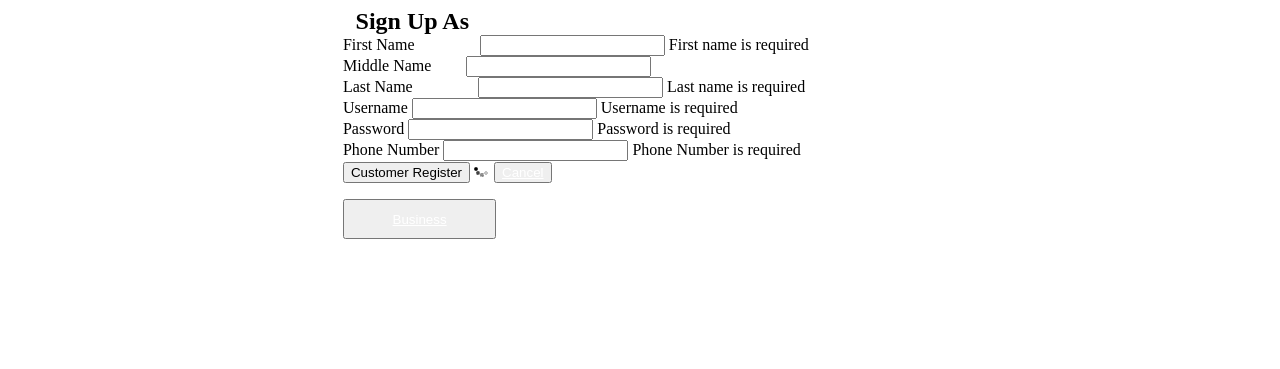
Repository: jsah9105/goandbook
Page: http://localhost/letgetbook/view/signupPage.jsp
These files come from the project's save history. The page is drawn as it stood at one moment and after the next save; the edit follows.
The browser window is 1280 px wide. The pictures show the whole page.
The page is served by Tomcat 9. Other server files are loaded and not shown.

Above is the page before, as saved 2017-01-08 03:48:55.

### letgetbook/src/main/webapp/view/signupPage.jsp
<section id="section1">

	<div class="container">
		<div style="width: 50%; margin: auto;">
			<h2 style="color: black; margin: auto; margin-left: 5%;">Sign Up As</h2>

			<div class="form-actions" style="margin: auto; margin-left: 3%">
			<form name="form" ng-submit="vm.register()" role="form">

        <div class="form-group" ng-class="{ 'has-error': form.custFirstName.$dirty && form.custFirstName.$error.required }">
            <label for="custFirstName"> First Name</label>
            <input type="text" style="margin-left: 10%;" name="custFirstName" id="custFirstName" class="form-control" ng-model="vm.user.custFirstName" required />
            <span ng-show="form.custFirstName.$dirty && form.custFirstName.$error.required" class="help-block">First name is required</span>
        </div>
        <div class="form-group" >
            <label for="custMiddleName">Middle Name</label>
            <input type="text" style="margin-left: 5%;" name="custMiddleName" id="custMiddleName" class="form-control" ng-model="vm.user.custMiddleName"  />
        </div>
        <div class="form-group" ng-class="{ 'has-error': form.custLastName.$dirty && form.custLastName.$error.required }">
            <label for="custLastName"> Last Name</label>
            <input type="text"  style="margin-left: 10%;" name="custFirstName" id="custLastName" class="form-control" ng-model="vm.user.custLastName" required />
            <span ng-show="form.custLastName.$dirty && form.custLastName.$error.required" class="help-block">Last name is required</span>
        </div>
        <div class="form-group" ng-class="{ 'has-error': form.username.$dirty && form.userName.$error.required }">
            <label for="userName">Username</label>
            <input type="text" name="username" id="userName" class="form-control" ng-model="vm.user.userName" required />
            <span ng-show="form.username.$dirty && form.userName.$error.required" class="help-block">Username is required</span>
        </div>
        <div class="form-group" ng-class="{ 'has-error': form.password.$dirty && form.password.$error.required }">
            <label for="password">Password</label>
            <input type="password" name="password" id="password" class="form-control" ng-model="vm.user.password" required />
            <span ng-show="form.password.$dirty && form.password.$error.required" class="help-block">Password is required</span>
        </div>
        <div class="form-group" ng-class="{ 'has-error': form.password.$dirty && form.password.$error.required }">
            <label for="phone">Phone Number</label>
            <input type="text" name="phone1" id="phone1" class="form-control" ng-model="vm.user.phone1" required />
            <span ng-show="form.phone1.$dirty && form.phone1.$error.required" class="help-block">Phone Number is required</span>
        </div>

        <div class="form-actions">
            <button type="submit" ng-disabled="form.$invalid || vm.dataLoading" class="btn btn-primary">Customer Register</button>
            <img ng-if="vm.dataLoading" src="data:[embedded picture, 922 characters]" />
            <button class="btn btn-primary"><a href="#/" class="btn btn-link" style="color: white;">Cancel</a></button>

        </div>
        </table>
    </form>


			</div>
			<div class="form-actions" style="margin: auto; margin-left: 3%">
				<button class="btn btn-primary" style="width: 25%; height: 40px;">
					<a href="#sellerpersonalInfo" style="color: white;">Business</a>
				</button>
			</div>



		</div>
	</div>
</section>

After the next save:
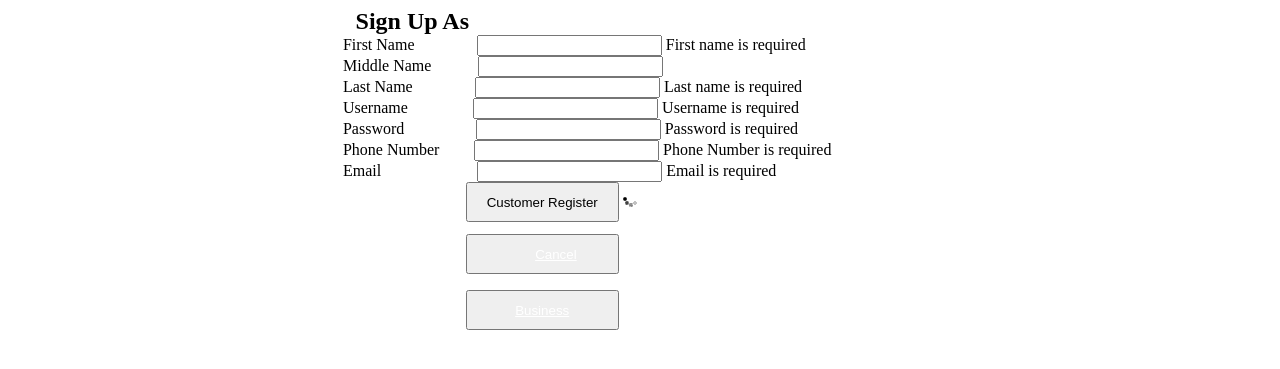
Saved 24 min 57 s later.
--- a/letgetbook/src/main/webapp/view/signupPage.jsp
+++ b/letgetbook/src/main/webapp/view/signupPage.jsp
@@ -1,4 +1,4 @@
-<section id="section1">
+<section id="section">
 
 	<div class="container">
 		<div style="width: 50%; margin: auto;">
@@ -9,52 +9,61 @@
 
         <div class="form-group" ng-class="{ 'has-error': form.custFirstName.$dirty && form.custFirstName.$error.required }">
             <label for="custFirstName"> First Name</label>
-            <input type="text" style="margin-left: 10%;" name="custFirstName" id="custFirstName" class="form-control" ng-model="vm.user.custFirstName" required />
+            <input type="text" style="margin-left: 9.5%;" name="custFirstName" id="custFirstName" class="form-control" ng-model="vm.user.custFirstName" required />
             <span ng-show="form.custFirstName.$dirty && form.custFirstName.$error.required" class="help-block">First name is required</span>
         </div>
         <div class="form-group" >
             <label for="custMiddleName">Middle Name</label>
-            <input type="text" style="margin-left: 5%;" name="custMiddleName" id="custMiddleName" class="form-control" ng-model="vm.user.custMiddleName"  />
+            <input type="text" style="margin-left: 7%;" name="custMiddleName" id="custMiddleName" class="form-control" ng-model="vm.user.custMiddleName"  />
         </div>
         <div class="form-group" ng-class="{ 'has-error': form.custLastName.$dirty && form.custLastName.$error.required }">
             <label for="custLastName"> Last Name</label>
-            <input type="text"  style="margin-left: 10%;" name="custFirstName" id="custLastName" class="form-control" ng-model="vm.user.custLastName" required />
+            <input type="text"  style="margin-left: 9.5%;" name="custFirstName" id="custLastName" class="form-control" ng-model="vm.user.custLastName" required />
             <span ng-show="form.custLastName.$dirty && form.custLastName.$error.required" class="help-block">Last name is required</span>
         </div>
         <div class="form-group" ng-class="{ 'has-error': form.username.$dirty && form.userName.$error.required }">
             <label for="userName">Username</label>
-            <input type="text" name="username" id="userName" class="form-control" ng-model="vm.user.userName" required />
+            <input type="text"  style="margin-left: 10%;" name="username" id="userName" class="form-control" ng-model="vm.user.userName" required />
             <span ng-show="form.username.$dirty && form.userName.$error.required" class="help-block">Username is required</span>
         </div>
         <div class="form-group" ng-class="{ 'has-error': form.password.$dirty && form.password.$error.required }">
             <label for="password">Password</label>
-            <input type="password" name="password" id="password" class="form-control" ng-model="vm.user.password" required />
+            <input type="password" style="margin-left: 11%;" name="password" id="password" class="form-control" ng-model="vm.user.password" required />
             <span ng-show="form.password.$dirty && form.password.$error.required" class="help-block">Password is required</span>
         </div>
         <div class="form-group" ng-class="{ 'has-error': form.password.$dirty && form.password.$error.required }">
             <label for="phone">Phone Number</label>
-            <input type="text" name="phone1" id="phone1" class="form-control" ng-model="vm.user.phone1" required />
+            <input type="text" style="margin-left: 5%;" name="phone" id="phone" class="form-control" ng-model="vm.user.phone1" required />
             <span ng-show="form.phone1.$dirty && form.phone1.$error.required" class="help-block">Phone Number is required</span>
         </div>
+        <div class="form-group" ng-class="{ 'has-error': form.email.$dirty && form.email.$error.required }">
+            <label for="email">Email</label>
+            <input type="text" style="margin-left: 15%;" name="email" id="email" class="form-control" ng-model="vm.user.email" required />
+            <span ng-show="form.email.$dirty && form.email.$error.required" class="help-block">Email is required</span>
+        </div>
 
-        <div class="form-actions">
-            <button type="submit" ng-disabled="form.$invalid || vm.dataLoading" class="btn btn-primary">Customer Register</button>
+        <div class="form-actions" >
+            <button type="submit" ng-disabled="form.$invalid || vm.dataLoading" class="btn btn-primary" style="width: 25%; height: 40px; margin-left: 20%">Customer Register</button>
             <img ng-if="vm.dataLoading" src="data:[embedded picture, 922 characters]" />
-            <button class="btn btn-primary"><a href="#/" class="btn btn-link" style="color: white;">Cancel</a></button>
+            <br>
+
 
         </div>
-        </table>
-    </form>
+        <div>
+            <button class="btn btn-primary" style="width: 25%; height: 40px; margin-left: 20%; margin-top: 2%; "><a href="#/" class="btn btn-link" style="color: white; margin-left: 20%">Cancel</a></button>
+        </div>
+
+        </form>
 
 
 			</div>
-			<div class="form-actions" style="margin: auto; margin-left: 3%">
-				<button class="btn btn-primary" style="width: 25%; height: 40px;">
-					<a href="#sellerpersonalInfo" style="color: white;">Business</a>
+			<div class="form-actions" style="margin: auto; margin-left: 3% ;margin-top: 2%;">
+				<button class="btn btn-primary" style="width: 25%; height: 40px;  margin-left: 20% ">
+					<a href="#sellerpersonalInfo" class="btn btn-link" style="color: white;">Business</a>
 				</button>
 			</div>
 
-
+			</div>
 
 		</div>
 	</div>
